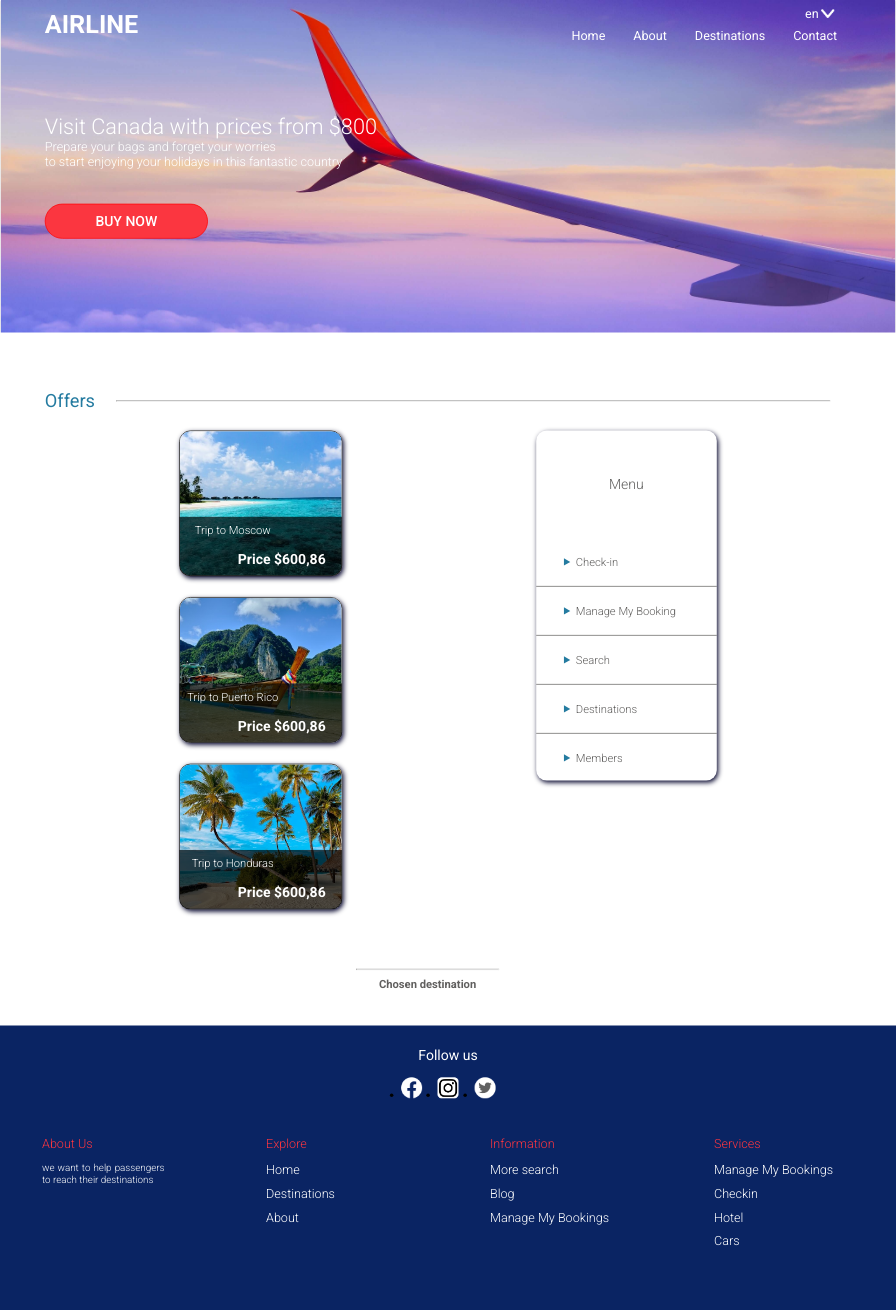
Repository: Cherced/AIRLINES
Page: /
An editor plug-in stored every save of this project. The page is shown before and after the next save, followed by the edit.
The browser window is 1280 px wide. The pictures show the whole page, at 70% of full size.
The project was rebuilt for these pictures with package versions that can differ from the ones it lists, and the page was loaded fresh each time. The framework's server and built-in components were replaced by stand-ins that run in the browser. Also part of the build but not shown: components/atoms/BannerStaff/Modal/SelectIdioms.jsx.

Above is the page before, as saved 2022-07-05 17:33:28.

### pages/_app.js
import '../sass/global.scss'
import {MenuFloatContextProvider} from "../components/atoms/BannerStaff/FloatMenuContext"

function MyApp({ Component, pageProps }) {
    return<MenuFloatContextProvider>
            <Component {...pageProps} />
          </MenuFloatContextProvider>
}

  export default MyApp

### sass/global.scss
@import "./settings";
@import "./Elements/banner";
@import "./Elements/offerts";
@import "./Elements/footer";

### components/molecules/Banner.jsx
import React from 'react'
import { Header } from '../atoms/BannerStaff/Header'
import { Promotion } from '../atoms/BannerStaff/Promotion'

export const Banner = () => {
  return (
    <header className="main-Banner--Container">
        <Header/>
        <Promotion/>
    </header>
  )
}

### components/molecules/Offers.jsx
import React from 'react'
import {TripsOffer} from '../atoms/Offerts/TripsOffer'
import { Menu } from '../atoms/Offerts/Menu'

export const Offers = () => {
  return (
    <main className="offers-Section--Container">
    <div className="offers-Title--Container">
        <h1>Offers</h1> <hr />
    </div>
    <section className="offers-BoxModel--Container">
        <div className="offers-BoxModel-Content">
        <TripsOffer/>
        <hr />
        <h3>Chosen destination</h3>
        </div>
        <Menu/>
    </section>
    </main>
  )
}

### components/molecules/Footer.jsx
import React from 'react'
import { SocialMedia } from '../atoms/Footer/SocialMedia'
import { MoreToUs } from '../atoms/Footer/MoreToUs'

export const Footer = () => {
  return (
    <footer className="Footer--Container">
        <SocialMedia/>
        <MoreToUs/>
    </footer>
  )
}

### components/atoms/BannerStaff/FloatMenu.jsx
import React from 'react'
import { useMenuFloatContext} from './FloatMenuContext'


export const FloatMenu = () => {
    const {menu, setMenu} = useMenuFloatContext();
  return (
    <menu className={ menu? ("FloatMenu--Container on"):("FloatMenu--Container off")}>
        <nav className="navBarFloat--Container">
        <button className="backButton" onClick={() => setMenu(false)}>
            <img src="images/arrow-down.png" alt="arrowBack"/>
        </button>
            <ul className="itmes-NavbarFloat--Container">
                <li><a>Home</a></li>
                <li><a>About</a></li>
                <li><a>Destinations</a></li>
                <li><a>Contact</a></li>
            </ul>
        </nav>
    </menu>
  )
}

### sass/_settings.scss
//fonts:
@import url('https://fonts.googleapis.com/css2?family=Inter:wght@100;200;300;500;600;700;800;900&family=Roboto:ital,wght@0,100;0,300;0,400;0,500;0,700;0,900;1,100;1,300;1,400;1,500;1,700;1,900&display=swap');

$preSetFont: 'Roboto', sans-serif;

*{
    box-sizing: border-box;
    margin: 0;
    padding: 0;
}

### sass/Elements/_banner.scss
@import "../components/Banner/header";
@import "../components/Banner/floatMenu";
@import "../components/Banner/promotion";
@import "../components/Banner/modalIdioms";

.main-Banner--Container {
    height: 475px;
    width: 100%;
    background-image: url("../../public/images/plane.jpg");
    background-size: cover;
    background-repeat: no-repeat;
    display: flex;
    flex-direction: column;
    align-items: center;
}

.idiomsShower {
    margin-top: 7px;
    z-index: 3;
    position: absolute;
    left: calc(100% - 130px);
    display: flex;

    .arrowButton--Modal {
        background: transparent;
        border: none;
        text-align: left;
        font: normal normal 400 18px/22px Roboto;
        letter-spacing: 0px;
        color: #FFFFFF;
        opacity: 1;
    }

    img {
        width: 25px;
        height: 25px;
    }
    .menu-Btn{
        display: none;
    }



}

.turn {

    .arrowImg--Modal {
        width: 25px;
        height: 25px;
        transform: rotate(180deg);
        transition: all 0.5s ease-in;
    }

}


.trass {

    .arrowImg--Modal{
        width: 25px;
        height: 25px;
        transform: rotate(-360deg);
        transition: all 0.5s ease-in;
    }

}

@media screen and (max-width: 768px) {
    .idiomsShower{
        left: calc(100% - 100px);
    }
}


@media screen and (max-width: 540px) {
    .idiomsShower{
        margin-top: 15px;
        left: calc(100% - 100px);
        .menu-Btn{
            display: block;
            margin-left: 15px;
            background: transparent;
            border: none;
        }

    }
}


@media screen and (max-width: 425px) {
    .idiomsShower{
        left: calc(100% - 100px);
    }
}

### sass/components/Banner/_header.scss
.header--Container {
    width: 90%;
    height: 70px;
    display: flex;
    align-items: center;
    justify-content: space-between;

    h1 {
        font-family: $preSetFont;
        font-size: 36px;
        text-align: left;
        color: white;
        letter-spacing: 0px;
    }

    .navBar--Container {
        color: white;
        opacity: 1;

        .itmes-Navbar--Container {
            list-style: none;
            display: flex;
            height: 70px;

            li {
                width: auto;
                padding: 40px 20px 0 20px;

                a {
                    font-family: $preSetFont;
                    font-size: 18px;
                    letter-spacing: 0px;
                }

                a:hover {
                    border-bottom: 2px solid white;
                }
            }
        }
    }
}


@media screen and (max-width: 550px) {
    .header--Container {
        .navBar--Container {
            display: none;
        }
    }
}


@media screen and (max-width: 425px) {
    .header--Container {
        width: 80%;
        height: 40px;
        display: flex;
        align-items: center;
        justify-content: space-between;
        flex-direction: column;

        h1 {
            font-family: $preSetFont;
            font-size: 36px;
            text-align: left;
            color: white;
            letter-spacing: 0px;
            margin-top: 10px;
            margin-right: 210px;
        }

        .navBar--Container {
            color: white;
            opacity: 1;

            .itmes-Navbar--Container {
                list-style: none;
                display: flex;
                height: 70px;

                li {
                    width: auto;
                    padding: 20px 10px 0 10px;

                    a {
                        font-family: $preSetFont;
                        font-size: 14px;
                        letter-spacing: 0px;
                    }

                    a:hover {
                        border-bottom: 2px solid white;
                    }
                }
            }
        }
    }
}



@media screen and (max-width: 320px) {
    .header--Container {
        width: 80%;
        height: 40px;
        display: flex;
        align-items: center;
        justify-content: space-between;
        flex-direction: column;

        h1 {
            font-family: $preSetFont;
            font-size: 36px;
            text-align: left;
            color: white;
            letter-spacing: 0px;
            margin-top: 10px;
            margin-right: 150px;
        }

        .navBar--Container {
            color: white;
            opacity: 1;

            .itmes-Navbar--Container {
                list-style: none;
                display: flex;
                height: 70px;

                li {
                    width: auto;
                    padding: 20px 10px 0 10px;

                    a {
                        font-family: $preSetFont;
                        font-size: 14px;
                        letter-spacing: 0px;
                    }

                    a:hover {
                        border-bottom: 2px solid white;
                    }
                }
            }
        }
    }

}

### sass/components/Banner/_floatMenu.scss
.FloatMenu--Container {
    width: 100%;
    height: 100vh;
    z-index: 10;

    .navBarFloat--Container {
        background: #FB3640;
        width: 100%;
        height: 100%;

        .backButton {
            width: 45px;
            height: 45px;
            position: absolute;
            margin-top: 40px;
            left: calc(100% - 80px);
            background: transparent;
            text-align: left;
            font-family: "Roboto", sans-serif;
            font-size: 31px;
            font-weight: 300;
            letter-spacing: 0px;
            opacity: 1;
            color: white;
            border-radius: 60px;
            display: flex;
            align-items: center;
            justify-content: center;

            img {
                width: 30px;
                height: 30px;
                transform: rotate(-90deg);
            }
        }

        .itmes-NavbarFloat--Container {
            display: flex;
            flex-direction: column;
            align-items: center;
            list-style: none;
            width: 100%;
            height: 100%;
            justify-content: space-evenly;

            li {
                width: 100%;
                height: 50px;
                display: flex;
                align-items: center;
                justify-content: center;

                a {
                    text-align: left;
                    font-family: "Roboto", sans-serif;
                    font-size: 31px;
                    font-weight: 300;
                    letter-spacing: 0px;
                    opacity: 1;
                    color: white;
                }

                a:hover {
                    border-bottom: 2px solid white;
                }
            }
        }
    }

}

.off {
    position: absolute;
    top: -1200px;
    transition: all 1s ease-in
}

.on {
    position: absolute;
    top: 0;
    transition: all 1s ease-in
}

@media screen and (min-width: 550px) {
    .FloatMenu--Container {
        display: none;
    }
}

### sass/components/Banner/_modalIdioms.scss
.ModalContainer {
    background-color: rgba(0, 0, 0, 0.5);
    display: flex;
    justify-content: center;
    align-items: center;
    box-shadow: 0px 10px 10px rgba(0, 0, 0, 8.5);
    position: fixed;
    top: -10px;
    left: -10px;
    right: -10px;
    bottom: -10px;

    .select-Idiom--Modal {
        position: absolute;
        top: 55px;
        left: calc(100% - 260px);
        width: 145px;
        height: 110px;
        background: white;
        display: flex;
        flex-direction: column;
        align-items: center;
        justify-content: center;
        list-style: none;
        text-align: left;
        border-radius: 15px;
        box-shadow: 2px 3px 8px #000029;

        li {
            width: 80%;
            text-align: left;
            font: normal normal normal 18px/22px Roboto;
            letter-spacing: 0px;
            color: #247BA0;
            opacity: 1;
            padding: 5px 0;
        }
    }
}

@media screen and (max-width: 768px) {
    .ModalContainer{
        .select-Idiom--Modal{
            left: calc(100% - 225px);
        }
    }
}


@media screen and (max-width: 425px) {
    .ModalContainer{
        .select-Idiom--Modal{
            left: calc(100% - 190px);
        }
    }
}

### sass/Elements/_footer.scss
@import "../components/Footer/socialMedia";
@import "../components/Footer/moreToUs";

.Footer--Container{
    width: 100%;
    height: 406px;
    background: #0A2463;
}

@media screen and (max-width: 640px) {
    .Footer--Container{
        height: 850px;
    }
}
@media screen and (max-width: 425px) {
    .Footer--Container{
        height: 850px;
    }
}

### sass/components/Footer/_socialMedia.scss
.SocialMedia--Container {
    display: flex;
    flex-direction: column;
    width: 100%;
    align-items: center;
    justify-content: center;

    h1 {
        margin-top: 30px;
        text-align: left;
        font: normal normal 400 20px/24px Roboto;
        letter-spacing: 0px;
        color: #FFFFFF;
        opacity: 1;
    }

    .iconsSocialMedia--Container {
        margin-top: 20px;
        display: flex;
        width: 180px;
        justify-content: space-evenly;

        img {
            width: 30px;
            height: 30px;
        }
    }
}

@media screen and (max-width: 425px) {
    .SocialMedia--Container {
        margin-bottom: 20px;
    }
}

### sass/components/Footer/_moreToUs.scss
.footerNavBar--Container {
    display: flex;
    height: 60%;
    width: 100%;
    justify-content: space-around;
    align-items: center;

    .navbar-Item-Content {
        width: 90%;
        height: 100%;
        margin-top: 100px;
        margin-left: 60px;

        h1 {
            color: #FB3640;
            text-align: left;
            font: normal normal 300 18px/22px Roboto;
            letter-spacing: 0px;
            color: #FB3640;
            opacity: 1;
            margin-bottom: 15px;
        }

        p {
            text-align: left;
            font: normal normal 300 14px/17px Roboto;
            letter-spacing: 0px;
            color: #FFFFFF;
            opacity: 1;
            text-align: justify;
            padding-right: 85px;
        }

        ul {
            list-style-type: none;

            li {
                color: #FFFFFF;
                margin-bottom: 12px;

                a {
                    text-align: left;
                    font: normal normal 300 18px/22px Roboto;
                    letter-spacing: 0px;
                    color: #FFFFFF;
                    opacity: 1;
                }
            }
        }
    }
}

@media screen and (max-width: 926px) {
    .footerNavBar--Container {
     width: 95%;
    }


}


@media screen and (max-width: 667px) {
    .footerNavBar--Container {
     width: 90%;
    }


}


@media screen and (max-width: 658px) {
    .footerNavBar--Container {
     width: 90%;
    }


}

@media screen and (max-width: 640px) {
    .footerNavBar--Container {
        display: flex;
        height: 60%;
        width: 100%;
        justify-content: space-around;
        align-items: center;
        flex-wrap: wrap;
        .navbar-Item-Content {
            width: 90%;
            height: 150px;
            margin-top: 20px;
            margin-left: 70px;
        }
    }


}


@media screen and (max-width: 425px) {
    .footerNavBar--Container {
        display: flex;
        height: 60%;
        width: 100%;
        justify-content: space-around;
        align-items: center;
        flex-wrap: wrap;
        .navbar-Item-Content {
            width: 90%;
            height: 150px;
            margin-top: 20px;
            margin-left: 70px;
        }
    }


}

### components/atoms/BannerStaff/Header.jsx
import React from 'react'

export const Header = () => {
  return (
    <header className="header--Container">
        <h1>AIRLINE</h1>
        <nav className="navBar--Container">
            <ul className="itmes-Navbar--Container">
                <li><a>Home</a></li>
                <li><a>About</a></li>
                <li><a>Destinations</a></li>
                <li><a>Contact</a></li>
            </ul>
        </nav>
    </header>
  )
}

### components/atoms/BannerStaff/Promotion.jsx
import React from 'react'

export const Promotion = () => {
  return (
    <div className="promotions--Container">
        <h1>Visit Canada with prices from $800</h1>
        <p>Prepare your bags and forget your worries</p>
        <p> to start enjoying your holidays in this fantastic country</p>
        <button className="buyNowBtn" type="button">BUY NOW</button>
    </div>
  )
}

### components/atoms/Offerts/TripsOffer.jsx
import React from 'react'

export const TripsOffer = () => {
  return (
      <section>
        <nav className="promotional-Cards--Container">
        <ul className="promotionalCard">
            <img src="/images/moscow.jpg" alt="Moscow"/>
            <li className="promotionalCard--Info">
                <p>
                Trip to Moscow
                </p>
                <h1>Price $600,86</h1>
            </li>
        </ul>
        <ul className="promotionalCard">
            <img src="/images/puerto-rico.jpg" alt="PuertoRico"/>
            <li className="promotionalCard--Info">
                <p>
                Trip to Puerto Rico
                </p>
                <h1>Price $600,86</h1>
            </li>
        </ul>
        <ul className="promotionalCard">
            <img src="/images/honduras.jpg" alt="Honduras"/>
            <li className="promotionalCard--Info">
                <p>
                Trip to Honduras
                </p>
                <h1>Price $600,86</h1>
            </li>
        </ul>
    </nav>
      </section>
  )
}

### components/atoms/Offerts/Menu.jsx
import React from 'react'

export const Menu = () => {
  return (
    <aside className="menuAside--Container">
        <h1>Menu</h1>
        <nav className="menuAside-Navbar--Container" id="EXPECIFFFYYY">
        <ul className="list-Items--Container">
            <li><a>Check-in</a></li>
            <li><a>Manage My Booking</a></li>
            <li><a>Search</a></li>
            <li><a>Destinations</a></li>
            <li><a>Members</a></li>
        </ul>
        </nav>
    </aside>
  )
}

### components/atoms/Footer/SocialMedia.jsx
import React from 'react'

export const SocialMedia = () => {
  return (
    <nav className="SocialMedia--Container">
        <h1>Follow us</h1>
        <ul className="iconsSocialMedia--Container">
          <li><a>
          <img src="/images/facebook.png" alt="facebook" />
          </a></li>
          <li><a>
          <img src="/images/instagram.png" alt="instagram" />
          </a></li>
          <li><a>
          <img src="/images/twitter.png" alt="tweiter" />
          </a></li>
        </ul>
    </nav>
  )
}

### components/atoms/Footer/MoreToUs.jsx
import React from 'react'

export const MoreToUs = () => {
  return (
    <section className="footerNavBar--Container">
        <nav className="navbar-Item-Content">
            <h1>About Us</h1>
            <a><p>we want to help passengers to reach their destinations</p></a>
        </nav>
        <nav className="navbar-Item-Content">
            <h1>Explore</h1>
            <ul>
                <li><a>Home</a></li>
                <li><a>Destinations</a></li>
                <li><a>About</a></li>
            </ul>
        </nav>
        <nav className="navbar-Item-Content">
            <h1>Information</h1>
            <ul>
            <li><a>More search</a></li>
            <li><a>Blog</a></li>
            <li><a>Manage My Bookings</a></li>
            </ul>
        </nav>
        <nav className="navbar-Item-Content">
            <h1>Services</h1>
            <ul>
            <li><a>Manage My Bookings</a></li>
            <li><a>Checkin</a></li>
            <li><a>Hotel</a></li>
            <li><a>Cars</a></li>
            </ul>
        </nav>
    </section>
  )
}

Loaded but not shown: pages/index.js (38 lines, source omitted); pages/_document.js (19 lines, source omitted); components/atoms/BannerStaff/FloatMenuContext.js (21 lines, source omitted); components/atoms/BannerStaff/Modal/ModalPortal.js (13 lines, source omitted); sass/Elements/_offerts.scss (1450 lines, source omitted); sass/components/Banner/_promotion.scss (190 lines, source omitted)

After the next save:
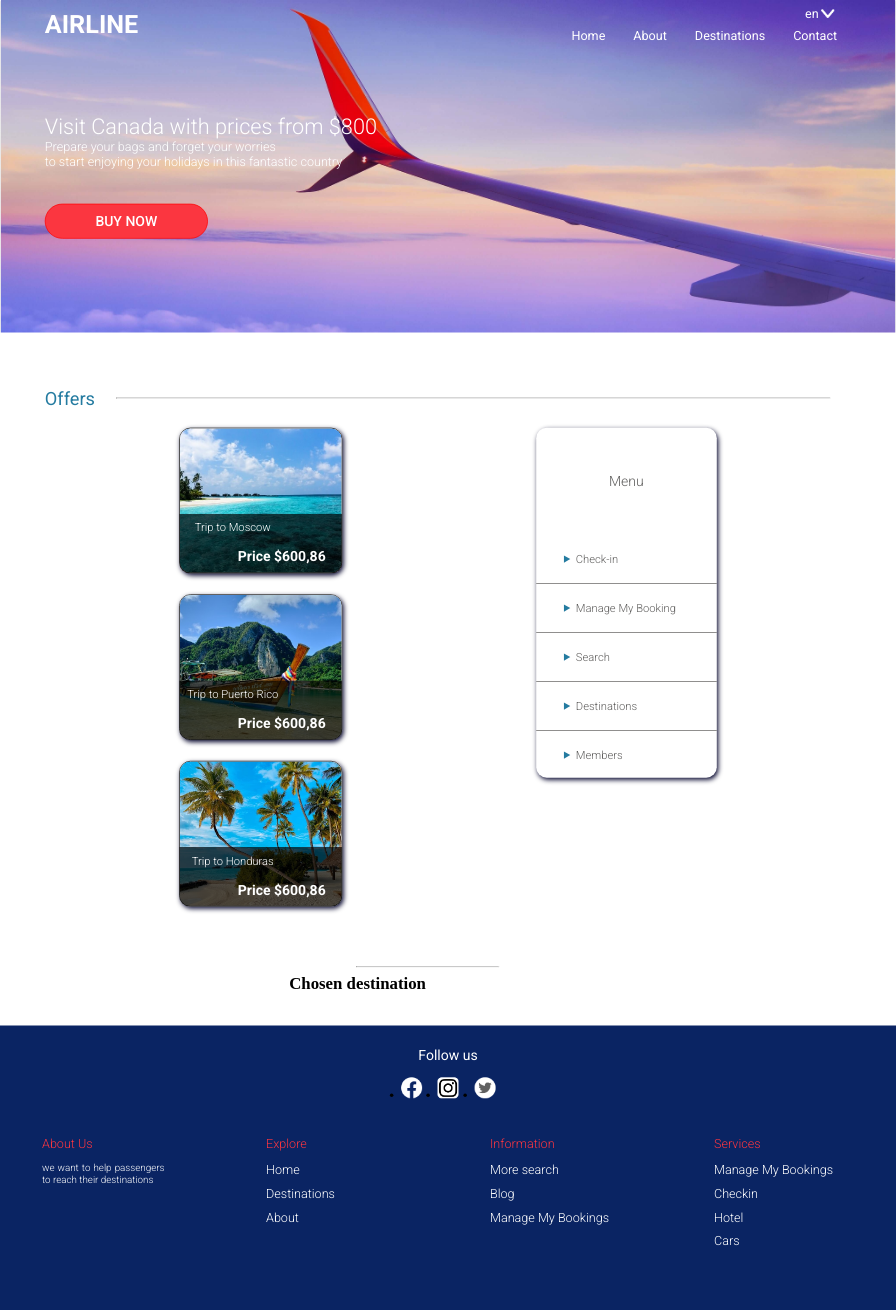
Saved 10 min 47 s later.
--- a/components/molecules/Offers.jsx
+++ b/components/molecules/Offers.jsx
@@ -12,7 +12,7 @@ export const Offers = () => {
         <div className="offers-BoxModel-Content">
         <TripsOffer/>
         <hr />
-        <h3>Chosen destination</h3>
+        <h2>Chosen destination</h2>
         </div>
         <Menu/>
     </section>
